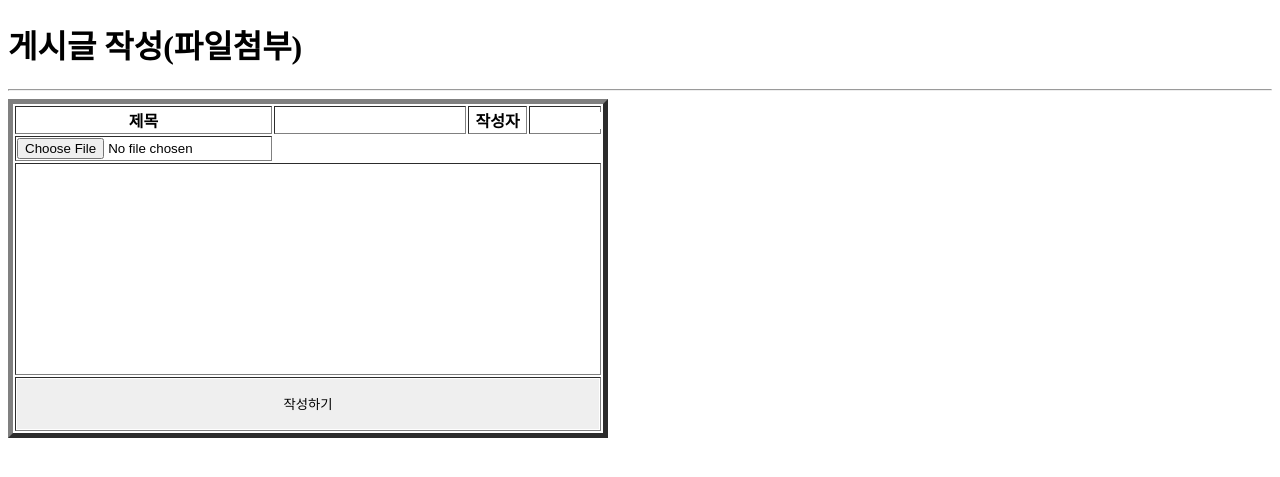
Repository: bbookk1104/spring-workspace
Page: http://localhost/02_SpringMVC_CRUD/boardWriteFrm2.do
These files come from the project's save history. The page is drawn as it stood at one moment and after the next save; the edit follows.
The browser window is 1280 px wide. The pictures show the whole page.
The page is served by Tomcat 9. Other server files are loaded and not shown.

Above is the page before, as saved 2022-10-04 06:50:31.

### 02_SpringMVC_CRUD/src/main/webapp/WEB-INF/views/board/boardWriteFrm2.jsp
<%@ page language="java" contentType="text/html; charset=UTF-8"
    pageEncoding="UTF-8"%>
<!DOCTYPE html>
<html>
<head>
<meta charset="UTF-8">
<title>Insert title here</title>
<style>
	input:focus, textarea:focus{
		outline:0;
	}
</style>
</head>
<body>
	<h1>게시글 작성(파일첨부)</h1>
	<hr>
	<form action="/boardWrite2.do" method="post">
		<table style="width:600px" border=5>
			<tr>
				<th style="width:10%">제목</th>
				<td style="width:55%">
					<input type="text" name="boardTitle" style="border:0; width:98.5%;">
				</td>
				<th style="width:15%">작성자</th>
				<td style="width:20%">
					<input type="text" name="boardWriter" value="${memberId }" style="border:0; width:97%;" readonly>
				</td>
			</tr>
			<tr>
				<td><input type="file" name="boardFile" multiple"></td>
			</tr>
			<tr>
				<td colspan="4">
					<textarea name="boardContent" style="border:0; width:99.5%; resize:none; height:200px"></textarea>
				</td>
			</tr>
			<tr>
				<td colspan="4">
					<input type="submit" value="작성하기" style="border:0; width:100%; height:50px">
				</td>
			</tr>
		</table>
	</form>
</body>
</html>

After the next save:
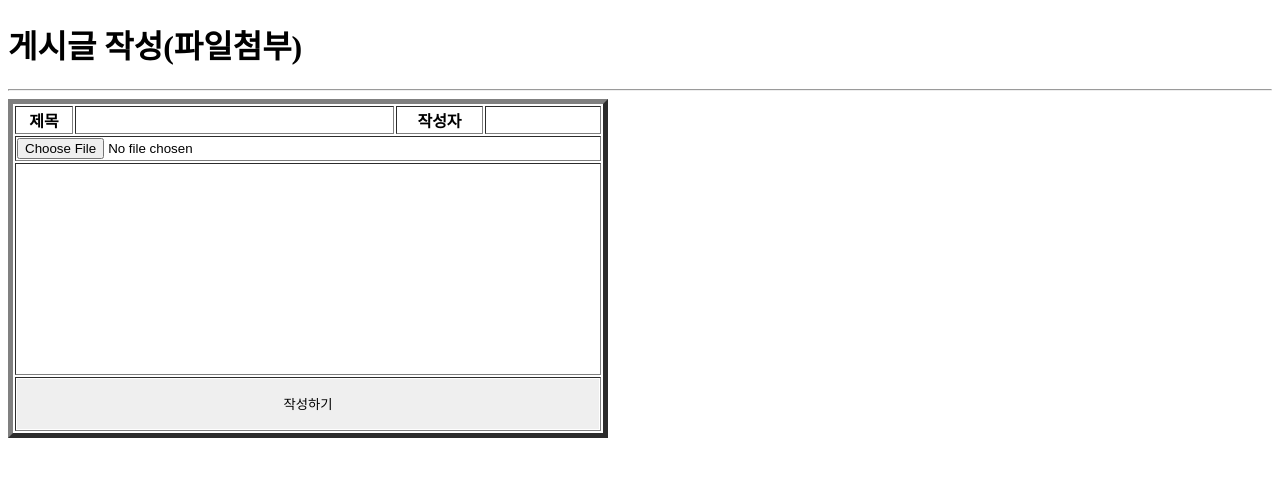
Saved 117 s later.
--- a/02_SpringMVC_CRUD/src/main/webapp/WEB-INF/views/board/boardWriteFrm2.jsp
+++ b/02_SpringMVC_CRUD/src/main/webapp/WEB-INF/views/board/boardWriteFrm2.jsp
@@ -14,7 +14,7 @@
 <body>
 	<h1>게시글 작성(파일첨부)</h1>
 	<hr>
-	<form action="/boardWrite2.do" method="post">
+	<form action="/boardWrite2.do" method="post" enctype="multipart/form-data">
 		<table style="width:600px" border=5>
 			<tr>
 				<th style="width:10%">제목</th>
@@ -27,7 +27,7 @@
 				</td>
 			</tr>
 			<tr>
-				<td><input type="file" name="boardFile" multiple"></td>
+				<td colspan="4"><input type="file" name="boardFile" multiple"></td>
 			</tr>
 			<tr>
 				<td colspan="4">
